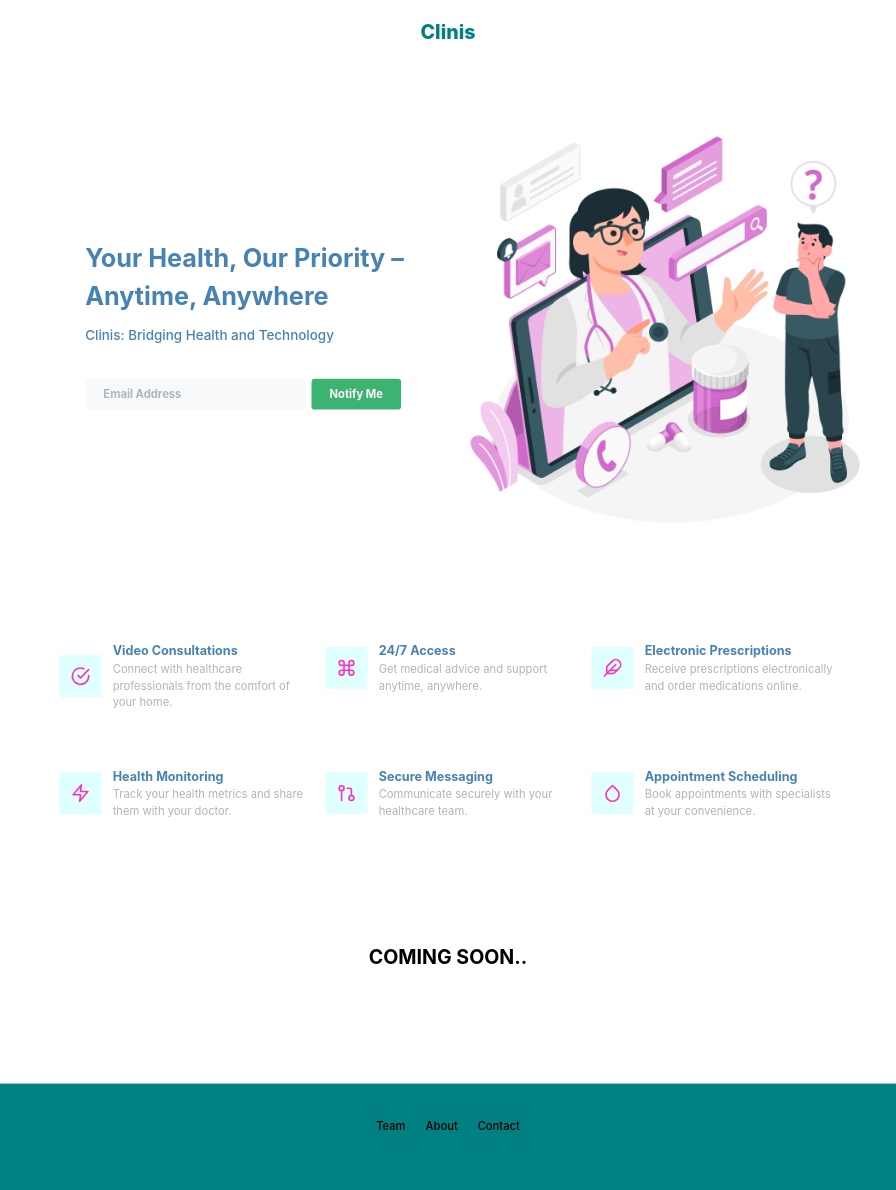
Repository: Rupak09/demo1
Page: index.html
These files come from the project's save history. The page is drawn as it stood at one moment and after the next save; the edit follows.
The browser window is 1280 px wide. The pictures show the part of the page from y = 0 to 1920 px (the page is 1700 px tall before and 2623 px after), at 70% of full size.
Some web fonts or font styles are not loaded; a fallback is used. Some web libraries are served in a nearby version.

Above is the page before, as saved 2024-12-28 14:23:08.

After the next save:
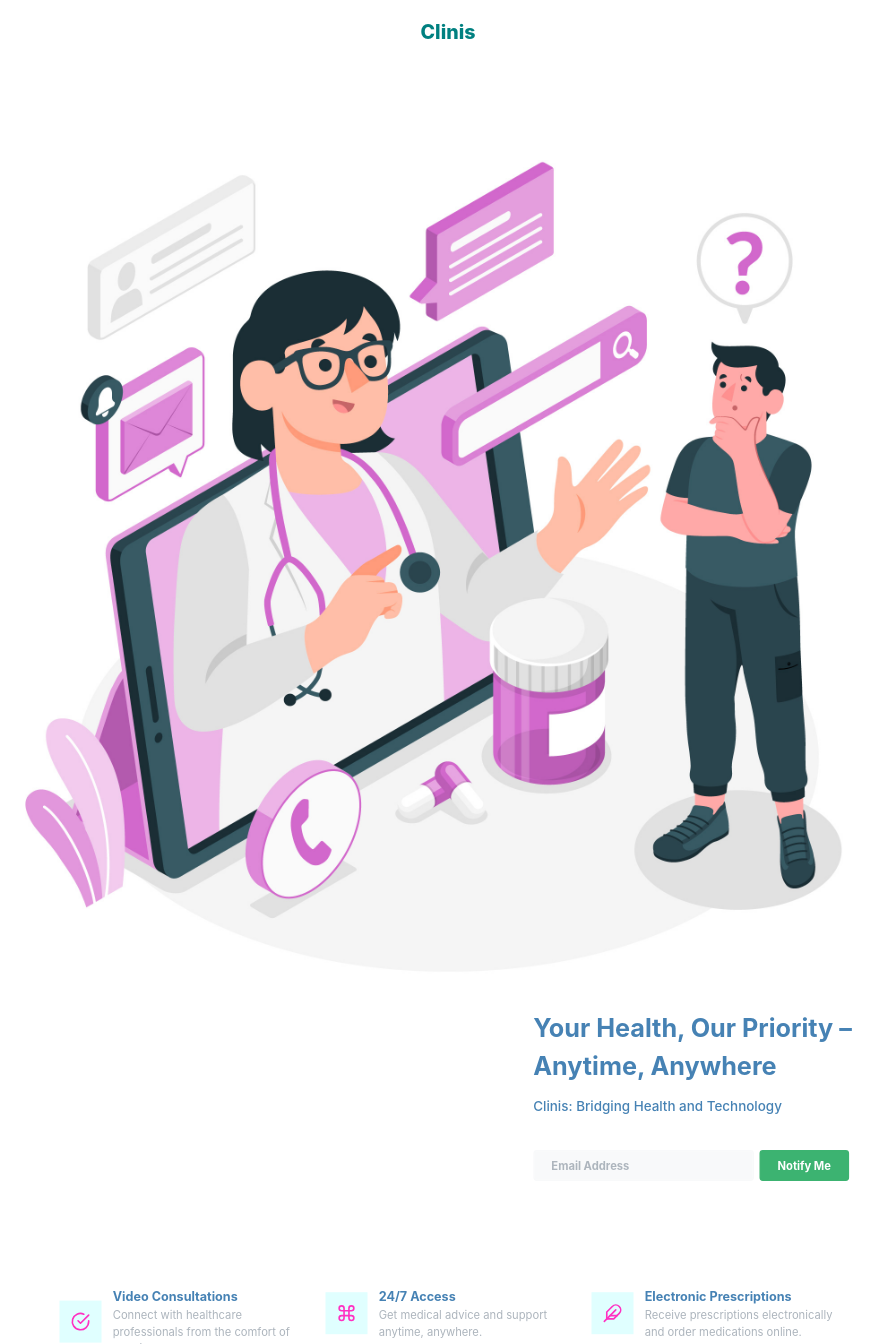
Saved 81 s later.
--- a/index.html
+++ b/index.html
@@ -73,7 +73,7 @@
                     <button type="submit" class="btn btn-primary mb-2">Notify Me</button>
                 </form>
             </div>
-            <div class="col-md-6 my-md-auto pb-5 pb-md-0 order-1 order-md-2">
+            <!-- <div class="col-md-6 my-md-auto pb-5 pb-md-0 order-1 order-md-2"> -->
                 <img alt="Mockup" class="img-fluid d-block mx-auto" src="img/mockup.jpg"/>
             </div>
         </div>
